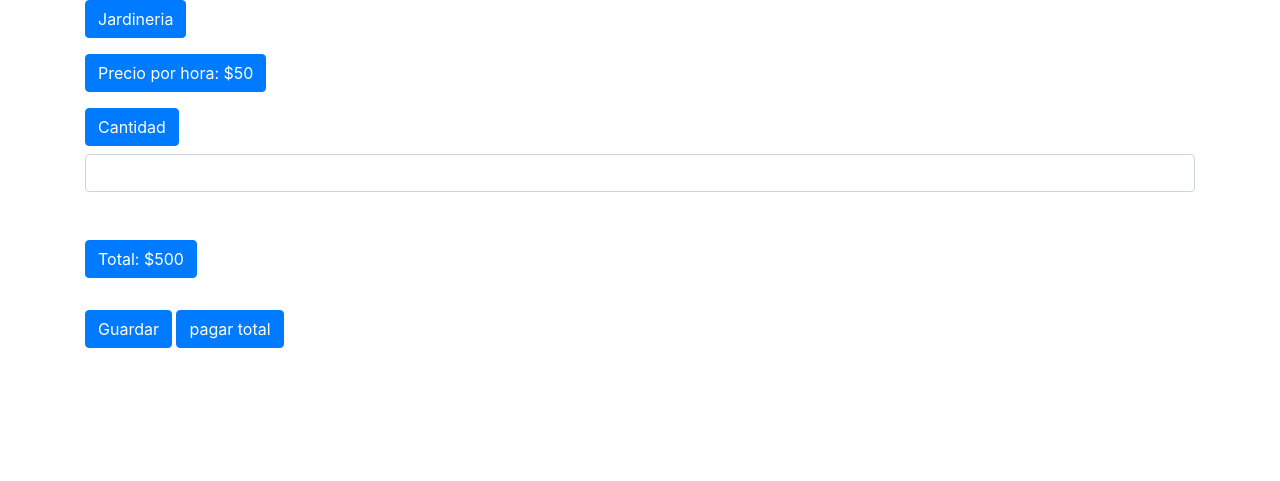
Repository: Alemartinez97/New-Repository
Page: programacion-3/tp4/carrito/detalleCompra/servicio.html
These files come from the project's save history. The page is drawn as it stood at one moment and after the next save; the edit follows.
The browser window is 1280 px wide. The pictures show the whole page.

Above is the page before, as saved 2020-06-18 17:38:28.

After the next save:
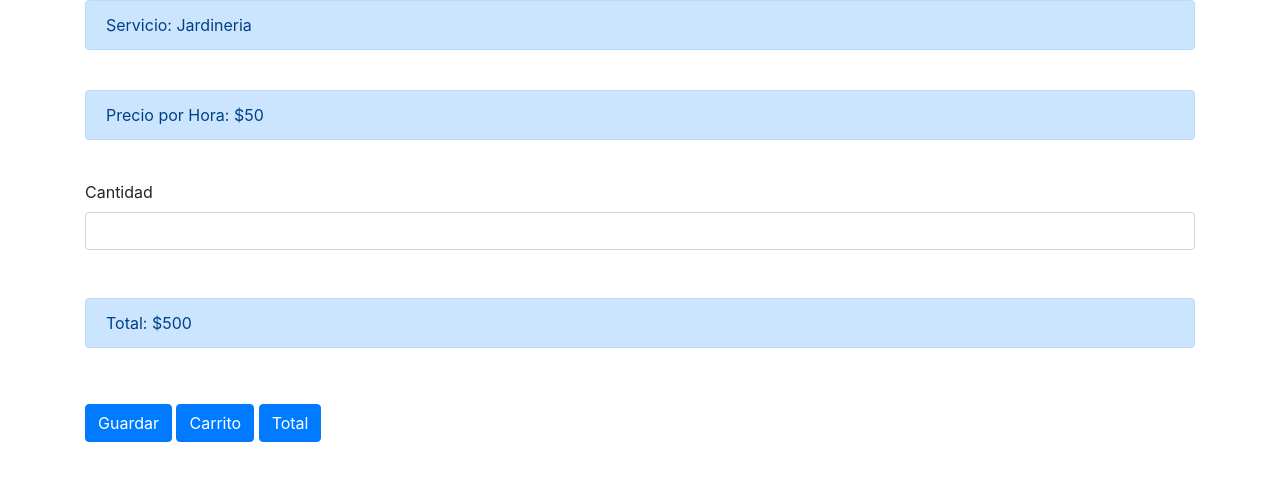
Saved 72 s later.
--- a/programacion-3/tp4/carrito/detalleCompra/servicio.html
+++ b/programacion-3/tp4/carrito/detalleCompra/servicio.html
@@ -9,20 +9,25 @@
 <body>
     <div class="container">
         <form class="form-group">
-            <p class="btn btn-primary">Jardineria</p>
+            <div class="alert alert-primary" role="alert">
+                Servicio: Jardineria
+              </div>
         </br>
-        <p class="btn btn-primary">Precio por hora: $50</p>
+        <div class="alert alert-primary" role="alert">
+            Precio por Hora: $50
+          </div>
         </br>
-            <label for="" class="btn btn-primary">Cantidad</label>
+            <label for="">Cantidad</label>
             <input type="number" id="marca" class="form-control"  aria-describedby="emailHelp" required><br>
         </br>
-        <p class="btn btn-primary">Total: $500</p>
+        <div class="alert alert-primary" role="alert">
+        Total: $500
+          </div>
     </br>
         </form>
-
-
-        <a href="../carrito.html" class="btn btn-primary">Guardar</a>
-        <button onclick="enviarDatos()" href="../carrito.html" class="btn btn-primary">pagar total</button>
+        <button onclick="enviarDatos()" class="btn btn-primary">Guardar</button>
+        <a href="../carrito.html" class="btn btn-primary">Carrito</a>
+        <a href="../total.html" class="btn btn-primary">Total</a>
         <h3 id="resultado"></h3>
         <script src="../../js/producto.js"></script>
     </div>
